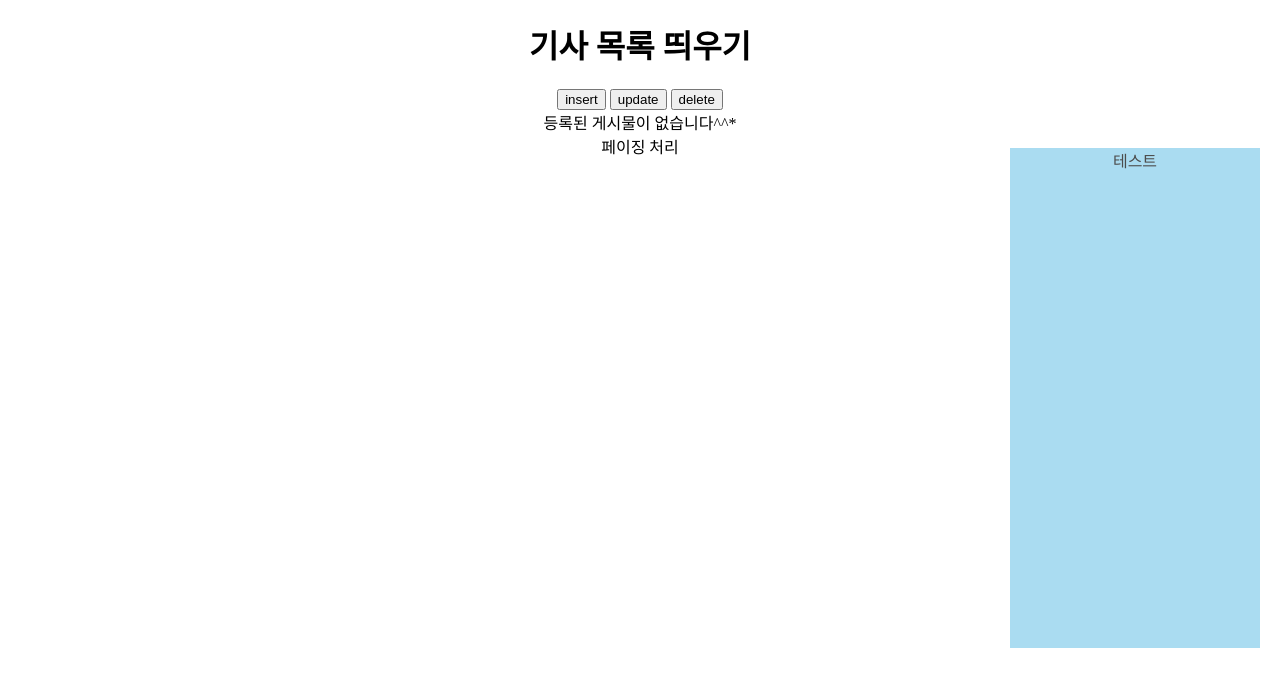
Repository: Jadeyj-713/miniproject2
Page: http://localhost/yeogi/pList.do
These files come from the project's save history. The page is drawn as it stood at one moment and after the next save; the edit follows.
The browser window is 1280 px wide. The pictures show the whole page.
The page is served by Tomcat 9. Queries for data that is not in the repository find no rows.

Above is the page before, as saved 2025-04-02 05:56:47.

After the next save:
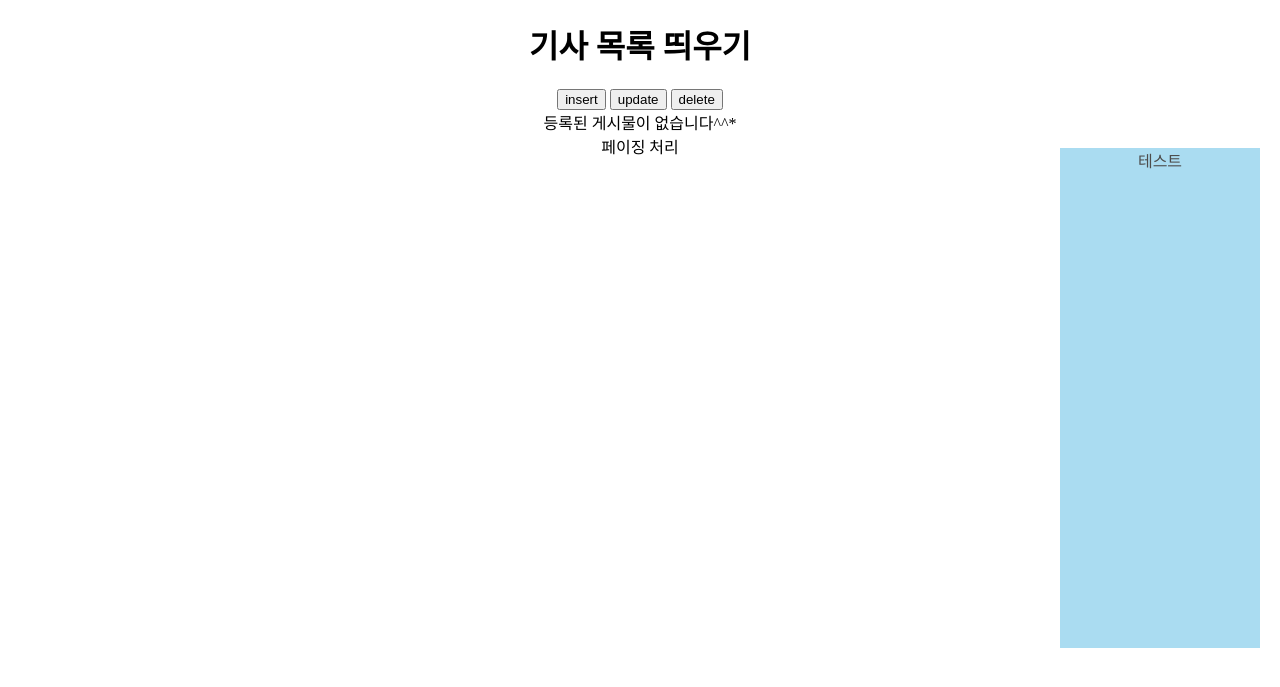
Saved 2 min 42 s later.
--- a/yeogi/src/main/webapp/mini2/pList.jsp
+++ b/yeogi/src/main/webapp/mini2/pList.jsp
@@ -26,7 +26,7 @@
 			position: fixed;
 			right: 20px;
 			bottom: 10vh;
-			width: 250px;
+			width: 200px;
 			height: 500px;
 			background-color: skyblue;
 			opacity: 70%;
